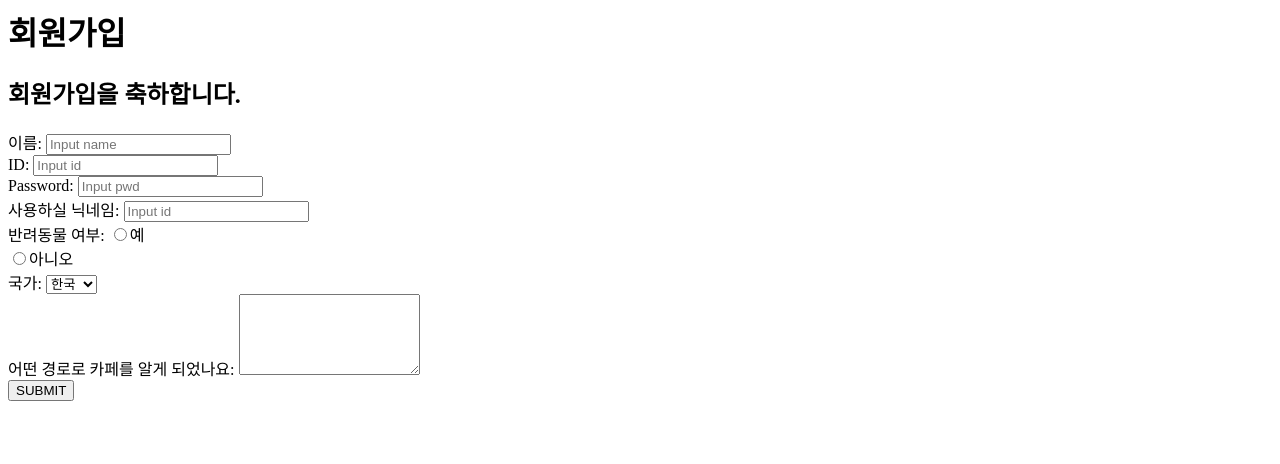
Repository: sangeun100/html
Page: http://localhost/login/register
An editor plug-in stored every save of this project. The page is shown before and after the next save, followed by the edit.
The browser window is 1280 px wide. The pictures show the whole page.
The page is this project's Thymeleaf template; nobody is signed in. The template is opened directly, without the code that normally fills it, so the values that code supplies are empty.

Above is the page before, as saved 2022-05-24 00:10:20.
Console error: ReferenceError: $ is not defined

### day061/src/main/resources/templates/login/register.html
<meta charset="UTF-8">


<script>
/* function checkid(id) {
	$.ajax({
		url:'checkid',
		data:{'id':id},
		success:function(data){
		if(data == '1') {
			$('#iid').text('사용가능 합니다.');
		}else {
			$('#iid').text('사용 불가능 합니다.');
		}
	  }
	});
}; */
$(document).ready(function () {
	$('input[name="name"]').keyup(function () { // 이름은 3자리 이상이어야 함
		var id = $(this).val();
		if (id.length < 3) {
			$('#sname').text('3자리 이상이어야 합니다.');
		  }else { //3자리 이상이면 서버에 전송
			  $('#sname').text('');
		  }
	$('input[name="id"]').keyup(function () {
		var id = $(this).val();
		if (id.length < 3) {
			$('#iid').text('3자리 이상이어야 합니다.');
			 }else {
				 $('#iid').text('');
				//checkid(id); //ajax에서 aaaa~ cccc 는 사용 불가 아이디
		}

	$('button').attr('disabled','disabled'); // 다 입력안하면 클릭불가
	$('button').click(function () {

		$('#register_form1').attr({ //등록페이지 받아오기, 제출
			'action':'register_form1impl',
			'method':'post'
		});
		$('#register_form1').submit();
		});
	$('button').removeAttr('disabled'); // 다 입력하면 클릭 가능
	});
  });
});
</script>
<h1>회원가입</h1>

<div>
<h2>회원가입을 축하합니다.</h2>
<form id="register_form1">
<!-- 이름칸 -->
<div class="form-group">
	  <label for="name">이름:</label>
	  <input type="text" name="name" class="form-control" id="name" placeholder="Input name">
      <span id="sname"></span>
	</div>
<!-- 아이디칸 -->
<div class="form-group">
	  <label for="id">ID:</label>
	  <input type="text" name="id" class="form-control" id="id" placeholder="Input id">
      <span id="iid"></span>
	</div>
<!-- 비밀번호 칸  -->
	<div class="form-group">
	  <label for="pwd">Password:</label>
	  <input type="password" name="pwd" class="form-control" id="pwd" placeholder="Input pwd">
	  <span id="pwd" class="help-block"></span>
	</div>
<!-- 닉네임칸 -->
<div class="form-group">
	  <label for="id">사용하실 닉네임:</label>
	  <input type="text" name="id" class="form-control" id="id" placeholder="Input id">
      <span id="iid"></span>
	</div>

<!-- 성별
	<div class="radio">
	  <label><input type="radio" name="optradio2" value="op2">남성</label>
	<span id="optradio2"></span></div>
	<div class="radio">
	  <label><input type="radio" name="optradio3" value="op3">여성</label>
	<span id="optradio3"></span></div> -->

<!-- 반려동물 여부-->
	<div class="radio">
	<label for="comment">반려동물 여부:</label>
	  <label><input type="radio" name="optradio2" value="op2">예</label>
	<span id="optradio2"></span></div>
	<div class="radio">
	  <label><input type="radio" name="optradio3" value="op3">아니오</label>
	<span id="optradio3"></span></div>
<!-- 국가 -->
<div class="form-group">
	  <label for="sel">국가:</label>
	  <select class="form-control" id="sel" name="sel">
	    <option value="1">한국</option>
	    <option value="2">미국</option>
	    <option value="3">일본</option>
	    <option value="3">중국</option>
	    <option value="4">그 외</option>
	  </select>
	<span id="sel" class="help-block"></span>
	</div>
<!-- 코멘트 -->
<div class="form-group">
  <label for="comment">어떤 경로로 카페를 알게 되었나요:</label>
  <textarea class="form-control" rows="5" id="comment" name="comment"></textarea>
 <span id="comment" class="help-block"></span>
 </div>
<button id="register_bt" type="button">SUBMIT</button>
</form>
</div>

After the next save:
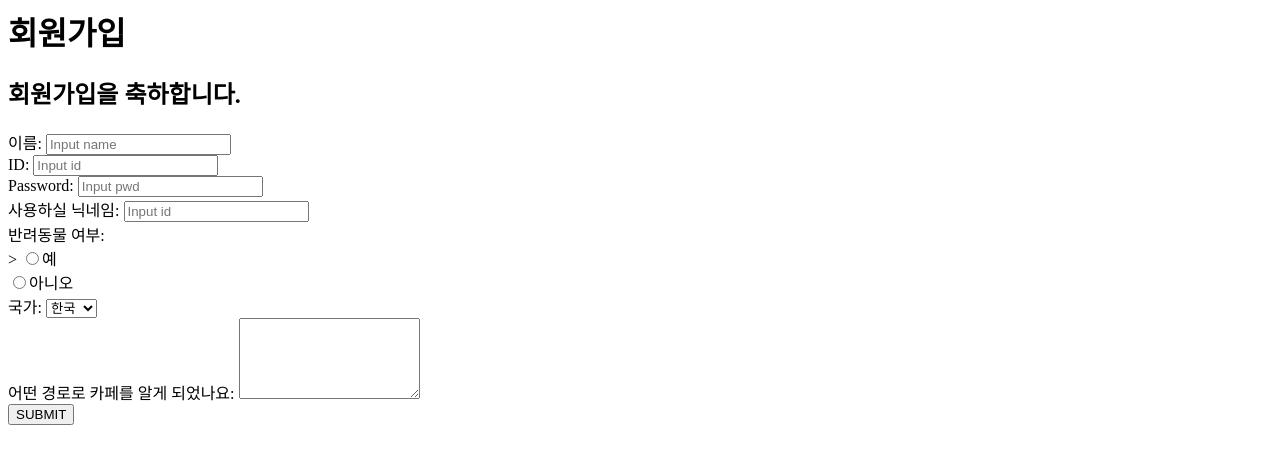
Saved 33 s later.
--- a/day061/src/main/resources/templates/login/register.html
+++ b/day061/src/main/resources/templates/login/register.html
@@ -86,7 +86,7 @@ $(document).ready(function () {
 
 <!-- 반려동물 여부-->
 	<div class="radio">
-	<label for="comment">반려동물 여부:</label>
+	<label for="comment"><div>반려동물 여부:</div>></label>
 	  <label><input type="radio" name="optradio2" value="op2">예</label>
 	<span id="optradio2"></span></div>
 	<div class="radio">
